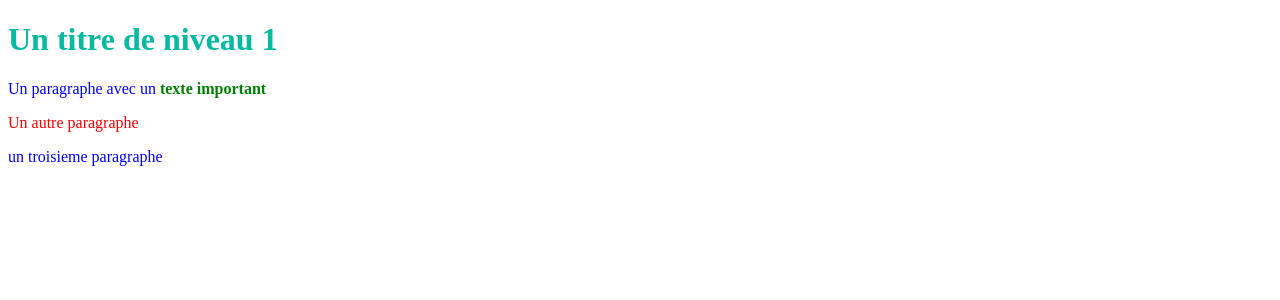
Repository: serviceshuios/-git-reference-java-lyon-worspace
Page: workspaceWeb/MaPremierePage/WebContent/Heritage.html
The author's editor kept a copy of each file at every save. The page is drawn from the files as they stood at one save, then again after the next save.
The browser window is 1280 px wide. The pictures show the whole page.

Above is the page before, as saved 2017-04-03 14:23:28.

After the next save:
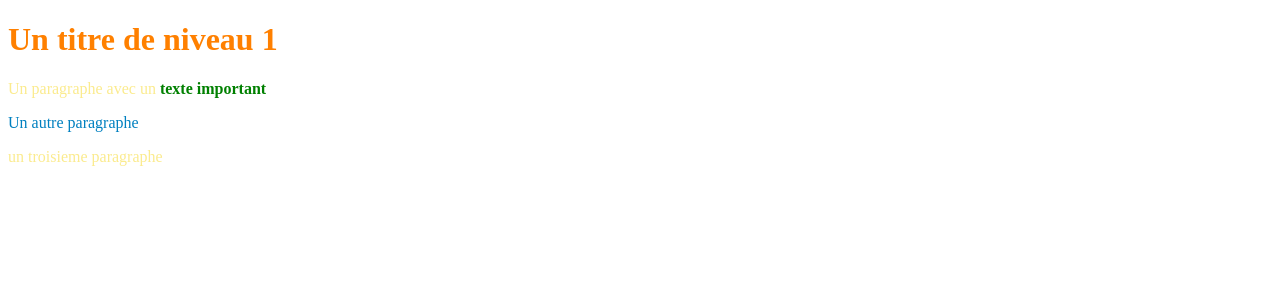
Saved 3 min 49 s later.
--- a/workspaceWeb/MaPremierePage/WebContent/Heritage.html
+++ b/workspaceWeb/MaPremierePage/WebContent/Heritage.html
@@ -4,6 +4,7 @@
 <meta charset="UTF-8">
 		<title>Héritage</title>
 		<link rel="stylesheet" href="css/style3.css" />
+		<link rel="stylesheet" href="css/style4.css" />
 </head>
 <body>
 	<h1>Un titre de niveau 1</h1>
